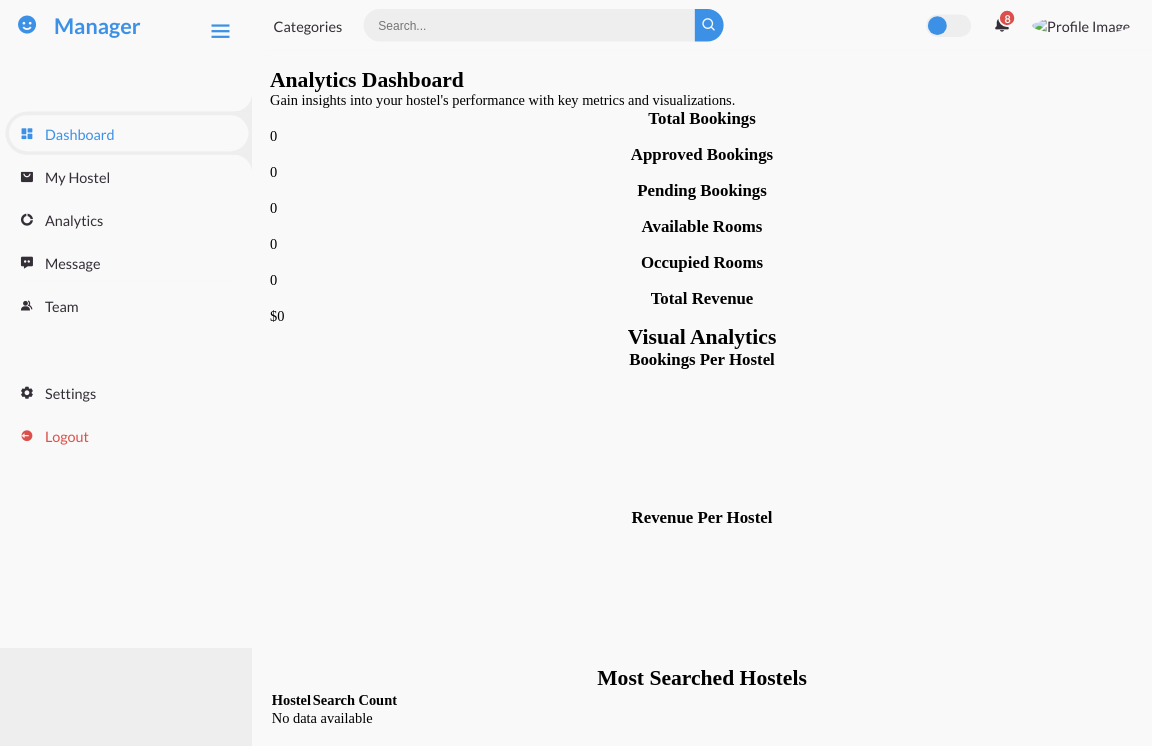
Repository: peter417waweru/hostelkona
Page: http://localhost/analytics/
The author's editor kept a copy of each file at every save. The page is drawn from the files as they stood at one save, then again after the next save.
The browser window is 1280 px wide. The pictures show the whole page, at 90% of full size.
The page is served by the project's application, run on Django 5.2 (hostelkona/manage.py). Queries for data that is not in the repository find no rows.

Above is the page before, as saved 2025-01-27 21:44:05.
Console error: TypeError: Cannot read properties of null (reading 'textContent')

After the next save:
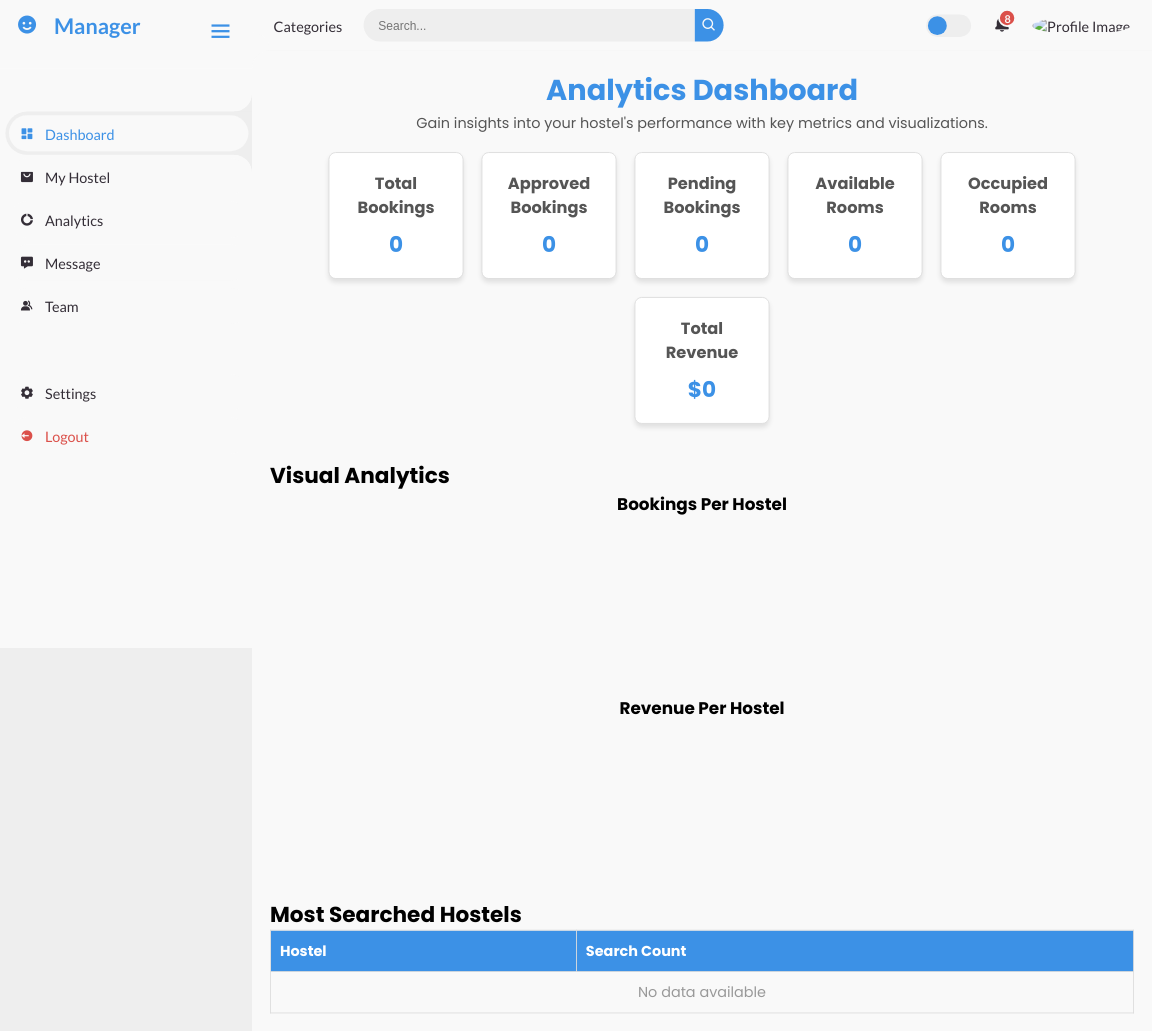
Saved 2 min 49 s later.
--- a/hostelkona/kona/static/styles/dashboard.css
+++ b/hostelkona/kona/static/styles/dashboard.css
@@ -690,26 +690,86 @@ body.dark .table-data .order {
 .analytics-container {
     padding: 20px;
     background-color: #f9f9f9;
-}
-
-.analytics-section {
-    margin-top: 20px;
+    font-family: 'Poppins', sans-serif;
+}
+
+.page-header {
+    margin-bottom: 20px;
+    text-align: center;
+}
+
+.page-header h1 {
+    font-size: 32px;
+    color: #3c91e6;
+}
+
+.page-header p {
+    font-size: 16px;
+    color: #555;
+}
+
+.key-metrics {
     display: flex;
+    flex-wrap: wrap;
+    gap: 20px;
     justify-content: center;
-    align-items: center;
-    flex-direction: column;
-}
-
-.chart-container {
-    width: 100%;
-    max-width: 600px;
-    margin: auto;
+    margin-bottom: 40px;
+}
+
+.metric-card {
     background: #fff;
+    border: 1px solid #ddd;
     border-radius: 8px;
     padding: 20px;
-    box-shadow: 0 4px 8px rgba(0, 0, 0, 0.1);
-}
-
-h2, h3 {
     text-align: center;
-}
+    width: 150px;
+    box-shadow: 0 4px 6px rgba(0, 0, 0, 0.1);
+}
+
+.metric-card h3 {
+    font-size: 18px;
+    margin-bottom: 10px;
+    color: #555;
+}
+
+.metric-card p {
+    font-size: 24px;
+    font-weight: bold;
+    color: #3c91e6;
+}
+
+.charts-section {
+    margin-bottom: 40px;
+}
+
+.chart-wrapper {
+    margin-bottom: 40px;
+    text-align: center;
+}
+
+.detailed-data {
+    margin-top: 40px;
+}
+
+.data-table {
+    width: 100%;
+    border-collapse: collapse;
+    margin: auto;
+}
+
+.data-table th,
+.data-table td {
+    border: 1px solid #ddd;
+    padding: 10px;
+    text-align: left;
+}
+
+.data-table th {
+    background: #3c91e6;
+    color: #fff;
+}
+
+.data-table .no-data {
+    text-align: center;
+    color: #999;
+}
